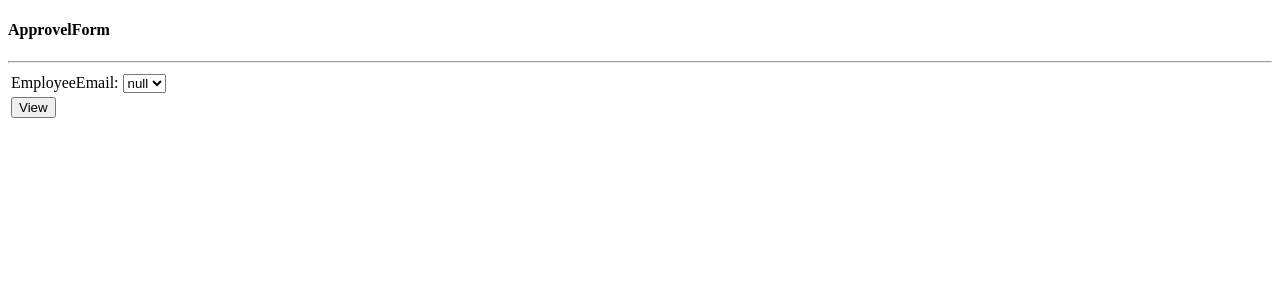
Repository: Karthi-Mano/AdvanceJavaPrograms
Page: http://localhost/CEBProject/Approvehrform.jsp
The author's editor kept a copy of each file at every save. The page is drawn from the files as they stood at one save, then again after the next save.
The browser window is 1280 px wide. The pictures show the whole page.
The page is served by Tomcat 9. Queries for data that is not in the repository find no rows.

Above is the page before, as saved 2018-05-12 01:01:08.

After the next save:
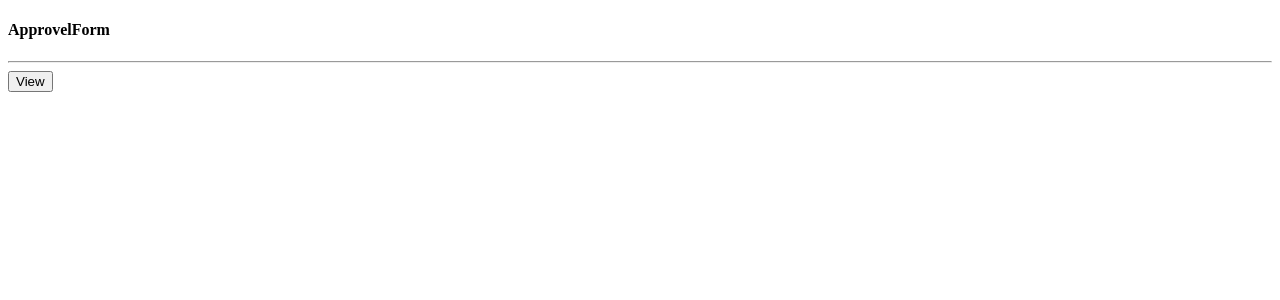
Saved 25 s later.
--- a/CEBProject/WebContent/Approvehrform.jsp
+++ b/CEBProject/WebContent/Approvehrform.jsp
@@ -27,7 +27,7 @@ Statement statement=connection.createStatement();
 
 ResultSet rs=statement.executeQuery(query);
 
-rs.next();{%>
+if(rs.next()){%>
 
 
 <form action="approveaction" method="get">
